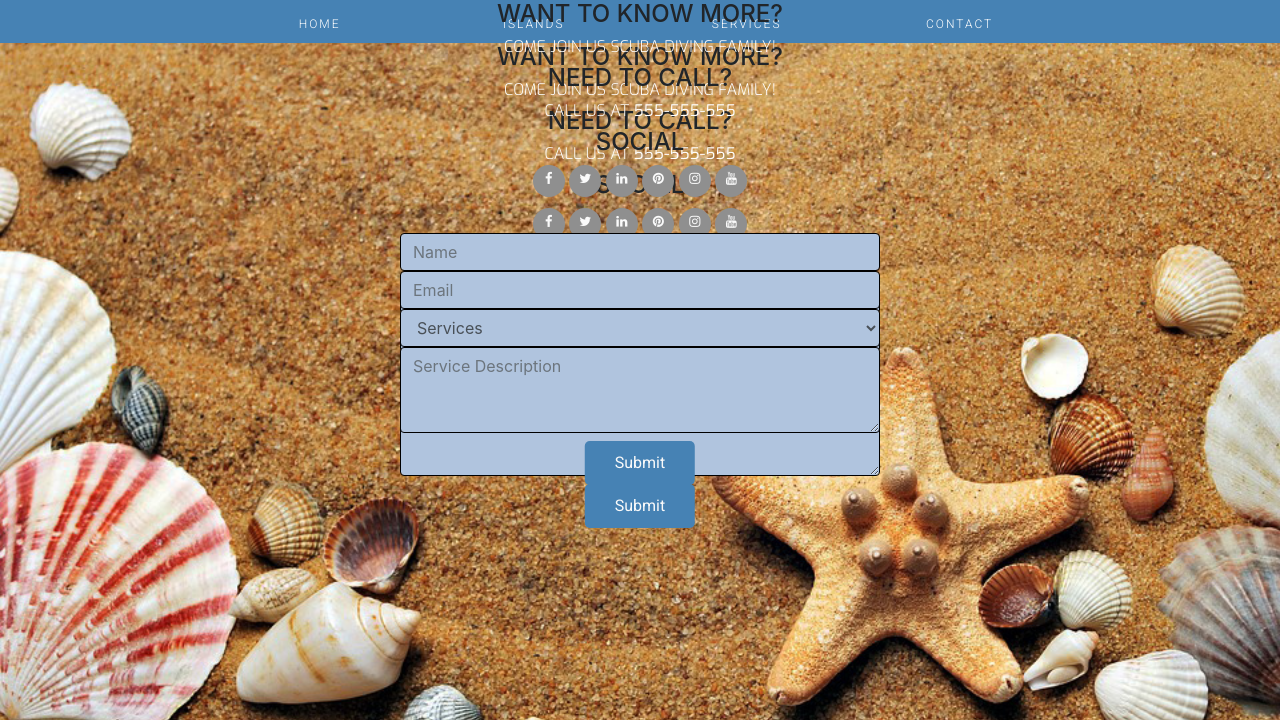
Repository: Code-Institute-Submissions/cathyann-diving.github.io
Page: contact.html
The author's editor kept a record of every edit. The page is drawn from the files as they stood at one moment, then again after the next edit.
The browser window is 1280 px wide. The pictures show the whole page.

Above is the page before.

### contact.html
<!DOCTYPE html>
<html lang="en">

<head>
    <meta charset="UTF-8">
    <meta name="viewport" content="width=device-width, initial-scale=1.0">
    <meta http-equiv="X-UA-Compatible" content="ie=edge">
    <link rel="stylesheet" href="https://stackpath.bootstrapcdn.com/bootstrap/4.3.1/css/bootstrap.min.css" type="text/css">
    <link rel="stylesheet" href="https://stackpath.bootstrapcdn.com/font-awesome/4.7.0/css/font-awesome.min.css" type="text/css">
    <link rel="stylesheet" href="https://cdnjs.cloudflare.com/ajax/libs/hover.css/2.3.1/css/hover-min.css" type="text/css">
    <link rel="stylesheet" href="assets/css/style.css" type="text/css">
    <title>Diving</title>
</head>

<body>

    <div class="bg-contact">
        <div class="row">
        <div class="navbar">
            <div class="col">
                <ul id="nav" class="list-inline menucontainer">
                    <li class="col-0 col-sm-0 col-lg-2 list-inline-item menuitem"></li>
                    <li class="col-6 col-sm-3 col-lg-2 list-inline-item menuitem">
                        <a href="home.html" class="hvr-sweep-to-bottom"><span>Home</span></a>
                    </li>
                    <li class="col-6 col-sm-3 col-lg-2 list-inline-item menuitem">
                        <a href="islands.html" class="hvr-sweep-to-bottom"><span>Islands</span></a>
                    </li>
                    <li class="col-6 col-sm-3 col-lg-2 list-inline-item menuitem">
                        <a href="services.html" class="hvr-sweep-to-bottom"><span>Services</span></a>
                    </li>
                    <li class="col-6 col-sm-3 col-lg-2 list-inline-item menuitem">
                        <a href="contact.html" class="hvr-sweep-to-bottom"><span>Contact</span></a>
                    </li>
                    <li class="col-0 col-sm-0 col-lg-2 list-inline-item menuitem"></li>
                </ul>
            </div>
        </div>
    </div>
    <div class="container-contact">

            <div class="col">
                <h4 class="uppercase text-center">Want to know more?</h4>
                <h6 class="contact-heading uppercase text-center">Come join us Scuba diving family!</h6>
                <h4 class="uppercase text-center">Need to call?</h4>
                <h6 class="contact-heading uppercase text-center">Call us at <b>555-555-555</b></h6>
                <h4 class="uppercase text-center">Social</h4>
                <ul class="list-inline social-links">
                    <li class="list-inline-item">
                        <a href="#" target="_blank">
                        <i class="fa fa-facebook aria-hidden true"=">
                            <span class="sr-only">Facebook</span>
                        </i>
                        </a>
                    </li>
                    <li class="list-inline-item">
                        <a href="#" target="_blank">
                        <i class="fa fa-twitter aria-hidden true"=">
                            <span class="sr-only">Twitter</span>
                        </i>
                        </a>
                    </li>
                    <li class="list-inline-item">
                        <a href="#" target="_blank">
                        <i class="fa fa-linkedin aria-hidden true"=">
                            <span class="sr-only">Linkedin</span>
                        </i>
                        </a>
                    </li>
                    <li class="list-inline-item">
                        <a href="#" target="_blank">
                        <i class="fa fa-pinterest aria-hidden true"=">
                            <span class="sr-only">Pinterest</span>
                        </i>
                        </a>
                    </li>
                    <li class="list-inline-item">
                        <a href="#" target="_blank">
                        <i class="fa fa-instagram aria-hidden true"=">
                            <span class="sr-only">Instagram</span>
                        </i>
                        </a>
                    </li>
                    <li class="list-inline-item">
                        <a href="#" target="_blank">
                        <i class="fa fa-youtube aria-hidden true"=">
                            <span class="sr-only">Youtube</span>
                        </i>
                        </a>
                    </li>
                </ul>


                <div class="col center-form">
                    <form>
                        <input type="text" name="name" id="fullname" class="form-control" placeholder="Name" required/>
                        <input type="email" name="email" id="emailaddress" class="form-control" placeholder="Email" required/>
                        <select name="services" class="form-control">
                            <option hidden="services selected">Services</option>
                            <option value="trip">Trip</option>
                            <option value="courses">Courses</option>
                            <option value="transportation">Transportation</option>
                            <option value="equipments">Equipments</option>
                            <option value="equipment maintenance">Equipment Maintenance</option>
                            <option value="spare parts">Spare Parts</option>
                        </select>
                        <textarea rows="3" name="remark" id="service description" class="form-control" placeholder="Service Description" required></textarea>
                        <div class="form-row text-center">
                            <div class="col">
                                <button class="btn btn-primary" type="submit">Submit</button>
                            </div>
                        </div>
                    </form>
                </div>
            </div>

    </div>
    </div>


</body>

</html>


<div class="container-contact">

            <div class="col">
                <h4 class="uppercase text-center">Want to know more?</h4>
                <h6 class="contact-heading uppercase text-center">Come join us Scuba diving family!</h6>
                <h4 class="uppercase text-center">Need to call?</h4>
                <h6 class="contact-heading uppercase text-center">Call us at <b>555-555-555</b></h6>
                <h4 class="uppercase text-center">Social</h4>
                <ul class="list-inline social-links">
                    <li class="list-inline-item">
                        <a href="#" target="_blank">
                        <i class="fa fa-facebook aria-hidden true"=">
                            <span class="sr-only">Facebook</span>
                        </i>
                        </a>
                    </li>
                    <li class="list-inline-item">
                        <a href="#" target="_blank">
                        <i class="fa fa-twitter aria-hidden true"=">
                            <span class="sr-only">Twitter</span>
                        </i>
                        </a>
                    </li>
                    <li class="list-inline-item">
                        <a href="#" target="_blank">
                        <i class="fa fa-linkedin aria-hidden true"=">
                            <span class="sr-only">Linkedin</span>
                        </i>
                        </a>
                    </li>
                    <li class="list-inline-item">
                        <a href="#" target="_blank">
                        <i class="fa fa-pinterest aria-hidden true"=">
                            <span class="sr-only">Pinterest</span>
                        </i>
                        </a>
                    </li>
                    <li class="list-inline-item">
                        <a href="#" target="_blank">
                        <i class="fa fa-instagram aria-hidden true"=">
                            <span class="sr-only">Instagram</span>
                        </i>
                        </a>
                    </li>
                    <li class="list-inline-item">
                        <a href="#" target="_blank">
                        <i class="fa fa-youtube aria-hidden true"=">
                            <span class="sr-only">Youtube</span>
                        </i>
                        </a>
                    </li>
                </ul>


                <div class="col center-form">
                    <form>
                        <input type="text" name="name" id="fullname" class="form-control" placeholder="Name" required/>
                        <input type="email" name="email" id="emailaddress" class="form-control" placeholder="Email" required/>
                        <select name="services" class="form-control">
                            <option hidden="services selected">Services</option>
                            <option value="trip">Trip</option>
                            <option value="courses">Courses</option>
                            <option value="transportation">Transportation</option>
                            <option value="equipments">Equipments</option>
                            <option value="equipment maintenance">Equipment Maintenance</option>
                            <option value="spare parts">Spare Parts</option>
                        </select>
                        <textarea rows="3" name="remark" id="service description" class="form-control" placeholder="Service Description" required></textarea>
                        <div class="form-row text-center">
                            <div class="col">
                                <button class="btn btn-primary" type="submit">Submit</button>
                            </div>
                        </div>
                    </form>
                </div>
            </div>

    </div>

### assets/css/style.css
@import url('https://fonts.googleapis.com/css?family=Roboto:100,200,300,400,500,600,700|Exo:100,200,300,400,500,600,700');

/*--------------------------------------------bg image */

.bg-landing {
    position: fixed;
    background-image: url("../images/jellyfish.jpg");
    display: inline-block;
    background-position: center;
    background-repeat: no-repeat;
    background-size: cover;
    height: 100%;
    width: 100%;
    transition: all .5s ease-in-out;
    -moz-transition: all .5s ease-in-out;
    -webkit-transition: all .5s ease-in-out;
}

.bg-home {
    position: fixed;
    background-image: url("../images/diver.jpg");
    display: inline-block;
    background-position: center;
    background-repeat: no-repeat;
    background-size: cover;
    height: 100%;
    width: 100%;
    transition: all .5s ease-in-out;
    -moz-transition: all .5s ease-in-out;
    -webkit-transition: all .5s ease-in-out;
}

.bg-islands {
    position: fixed;
    background-image: url("../images/beach.jpg");
    display: inline-block;
    background-position: center;
    background-repeat: no-repeat;
    background-size: cover;
    height: 100%;
    width: 100%;
    transition: all .5s ease-in-out;
    -moz-transition: all .5s ease-in-out;
    -webkit-transition: all .5s ease-in-out;
}

.bg-services {
    position: fixed;
    background-image: url("../images/nemo.jpg");
    display: inline-block;
    background-position: center;
    background-repeat: no-repeat;
    background-size: cover;
    height: 100%;
    width: 100%;
    transition: all .5s ease-in-out;
    -moz-transition: all .5s ease-in-out;
    -webkit-transition: all .5s ease-in-out;
}

.bg-contact {
    position: fixed;
    background-image: url("../images/sea.jpg");
    display: inline-block;
    background-position: center;
    background-repeat: no-repeat;
    background-size: cover;
    height: 100%;
    width: 100%;
    transition: all .5s ease-in-out;
    -moz-transition: all .5s ease-in-out;
    -webkit-transition: all .5s ease-in-out;
}

/*--------------------------------------------btn */

.btn {
    position: absolute;
    top: 50%;
    left: 50%;
    transform: translate(-50%, -50%);
    -ms-transform: translate(-50%, -50%);
    background-color: #6495ed;
    color: #00008B;
    font-size: 16px;
    font-family: "Roboto", sans-serif;
    font-weight: 400;
    padding: 10px 30px;
    border: none;
    border-radius: 5px;
    text-align: center;
}

.btn span {
    display: inline-block;
    position: relative;
    transition: 0.5s;
}

.btn span:after {
    content: '\00bb';
    position: absolute;
    opacity: 0;
    top: 0;
    right: -20px;
    transition: 0.5s;
}

.btn:hover span {
    padding-right: 25px;
}

.btn:hover span:after {
    opacity: 1;
    right: 0;
}

.button {
    margin-top: 5px;
    margin-bottom: 10px;
    color: #00008B;
    background-color: #4682B4;
    padding: 5px 10px;
    border: none;
    font-family: "EXO", sans-serif;
}

.button a {
    text-decoration: none;
}

/*--------------------------------------------navbar */

.navbar {
    background-color: #4682B4;
    top: 0;
    width: 100%;
    padding: 0px;
}

.navbar a {
    display: block;
    color: #fff;
    text-align: center;
    padding: 10px 18px;
    text-decoration: none;
    font-size: 12px;
}

#nav li {
    font-size: 12px;
    padding: 0;
}

#nav {
    margin: 0;
}

.menuitem span {
    display: block;
    width: 100%;
    padding-top: 5px;
    text-align: center;
    text-transform: uppercase;
    font-family: "Roboto", sans-serif;
    font-size: 12px;
    font-weight: 300;
    letter-spacing: 2px;
}

.list-inline-item:not(:last-child) {
    margin: 0;
}

.menucontainer {
    font-size: 0;
}

/*--------------------------------------------Hover.css*/

.hvr-sweep-to-bottom:before {
    background: #008B8B;
    height: 100%;
    color: black;
}


/*--------------------------------------------Content */

.container {
    position: relative;
    max-width: 100%;
    margin: auto;
    height: 50%;
}


.container .content {
    position: absolute;
    background: rgb(0, 0, 0, 0.5);
    color: #f1f1f1;
    font-family: "EXO", sans-serif;
    font-size: 12px;
    font-weight: 300;
    padding: 30px;
}

.islands-intro {
    position: relative;
    margin: auto;
    max-width: 80%;
    color: #fff;
}

.islands-intro .contents {
    background: rgb(0, 0, 0, 0.5);
    color: #f1f1f1;
    font-family: "EXO", sans-serif;
    font-size: 12px;
    font-weight: 300;
    padding: 20px;
    text-align: justify;
}

.dive-center {
    position: relative;
    max-width: 50%;
    margin: 20px;
    background: rgb(0, 0, 0, 0.5);
    color: #f1f1f1;
    font-family: "EXO", sans-serif;
    font-size: 12px;
    font-weight: 300;
    padding: 20px;
    text-align: left;
}


/*--------------------------------------------Contact Form */

h3 {
    margin: 10px;
}

.contact-heading {
    font-family: "Exo", sans-serif;
    font-weight: 300;
    color: #fff;
}

.center-form {
    padding: 10px;
    margin: 0 auto;
    max-width: 40%;
}

button[type="submit"] {
    margin-top: 30px;
    margin-bottom: 20px;
    color: #fafafa;
    background-color: #4682B4;
}

.form-control {
    border: 1px solid black;
    font-family: inherit;
    background-color: #B0C4DE;
}


.social-links {
    position: relative;
    padding-bottom: 10px;
}

.social-links li a i {
    width: 32px;
    height: 32px;
    padding: 10px 0;
    border-radius: 50%;
    font-size: 13px;
    line-height: 7px;
    text-align: center;
    color: #fafafa;
    background: #8f8f8f;
    transition: all 0.35s ease-in-out;
    -moz-transition: all 0.35s ease-in-out;
    -webkit-transition: all 0.35s ease-in-out;
    -o-transition: all 0.35s ease-in-out;
}

.social-links li a i:hover {
    background: #e84610;
}

.uppercase {
    text-transform: uppercase;
}

.list-inline {
    text-align: center;
}

/*--------------------------------------------islands heading */

.islands-intro {
    padding: 30px;
}



/*--------------------------------------------media */

@media(max-width: 576px) {
    .dive-center {
        max-width: 100%;
    }

    .center-form {
        padding: 10px;
        margin: 0 auto;
        max-width: 70%;
    }

    .container-contact {
        height: 80%;
        width: 80%;
    }
}

}

After the next edit:
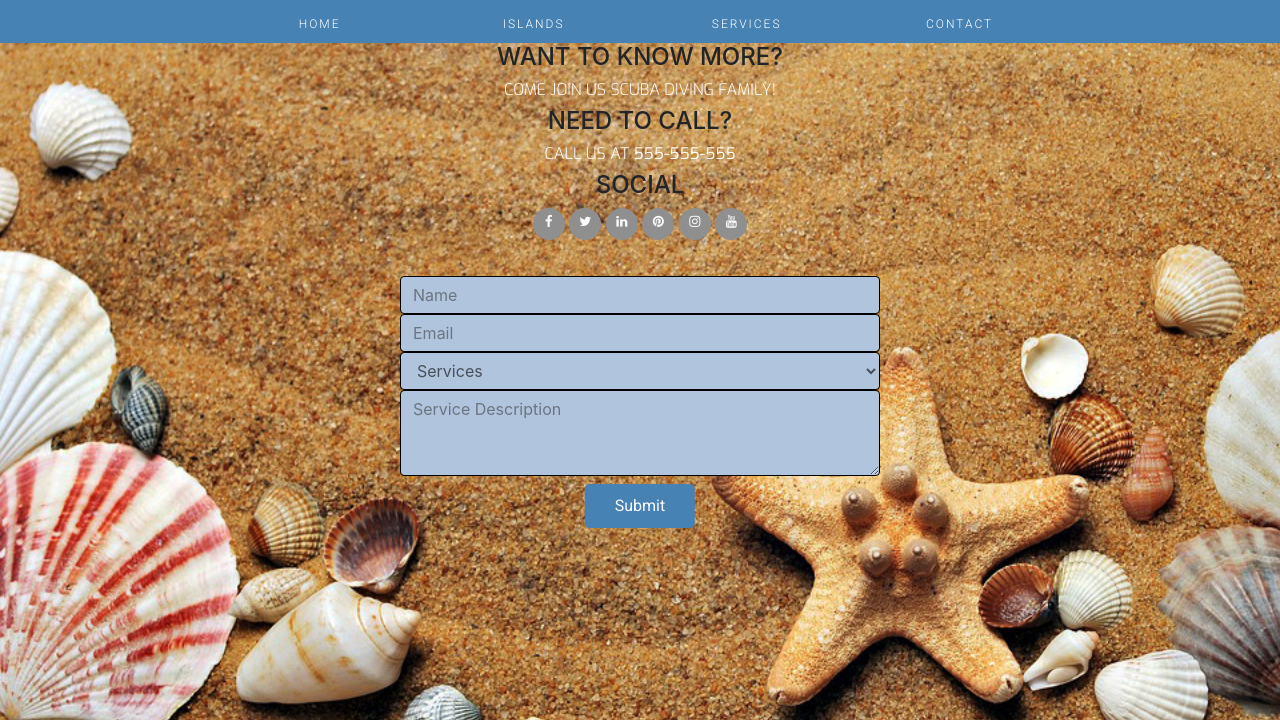
The edit:
--- a/contact.html
+++ b/contact.html
@@ -121,83 +121,3 @@
 </body>
 
 </html>
-
-
-<div class="container-contact">
-
-            <div class="col">
-                <h4 class="uppercase text-center">Want to know more?</h4>
-                <h6 class="contact-heading uppercase text-center">Come join us Scuba diving family!</h6>
-                <h4 class="uppercase text-center">Need to call?</h4>
-                <h6 class="contact-heading uppercase text-center">Call us at <b>555-555-555</b></h6>
-                <h4 class="uppercase text-center">Social</h4>
-                <ul class="list-inline social-links">
-                    <li class="list-inline-item">
-                        <a href="#" target="_blank">
-                        <i class="fa fa-facebook aria-hidden true"=">
-                            <span class="sr-only">Facebook</span>
-                        </i>
-                        </a>
-                    </li>
-                    <li class="list-inline-item">
-                        <a href="#" target="_blank">
-                        <i class="fa fa-twitter aria-hidden true"=">
-                            <span class="sr-only">Twitter</span>
-                        </i>
-                        </a>
-                    </li>
-                    <li class="list-inline-item">
-                        <a href="#" target="_blank">
-                        <i class="fa fa-linkedin aria-hidden true"=">
-                            <span class="sr-only">Linkedin</span>
-                        </i>
-                        </a>
-                    </li>
-                    <li class="list-inline-item">
-                        <a href="#" target="_blank">
-                        <i class="fa fa-pinterest aria-hidden true"=">
-                            <span class="sr-only">Pinterest</span>
-                        </i>
-                        </a>
-                    </li>
-                    <li class="list-inline-item">
-                        <a href="#" target="_blank">
-                        <i class="fa fa-instagram aria-hidden true"=">
-                            <span class="sr-only">Instagram</span>
-                        </i>
-                        </a>
-                    </li>
-                    <li class="list-inline-item">
-                        <a href="#" target="_blank">
-                        <i class="fa fa-youtube aria-hidden true"=">
-                            <span class="sr-only">Youtube</span>
-                        </i>
-                        </a>
-                    </li>
-                </ul>
-
-
-                <div class="col center-form">
-                    <form>
-                        <input type="text" name="name" id="fullname" class="form-control" placeholder="Name" required/>
-                        <input type="email" name="email" id="emailaddress" class="form-control" placeholder="Email" required/>
-                        <select name="services" class="form-control">
-                            <option hidden="services selected">Services</option>
-                            <option value="trip">Trip</option>
-                            <option value="courses">Courses</option>
-                            <option value="transportation">Transportation</option>
-                            <option value="equipments">Equipments</option>
-                            <option value="equipment maintenance">Equipment Maintenance</option>
-                            <option value="spare parts">Spare Parts</option>
-                        </select>
-                        <textarea rows="3" name="remark" id="service description" class="form-control" placeholder="Service Description" required></textarea>
-                        <div class="form-row text-center">
-                            <div class="col">
-                                <button class="btn btn-primary" type="submit">Submit</button>
-                            </div>
-                        </div>
-                    </form>
-                </div>
-            </div>
-
-    </div>
